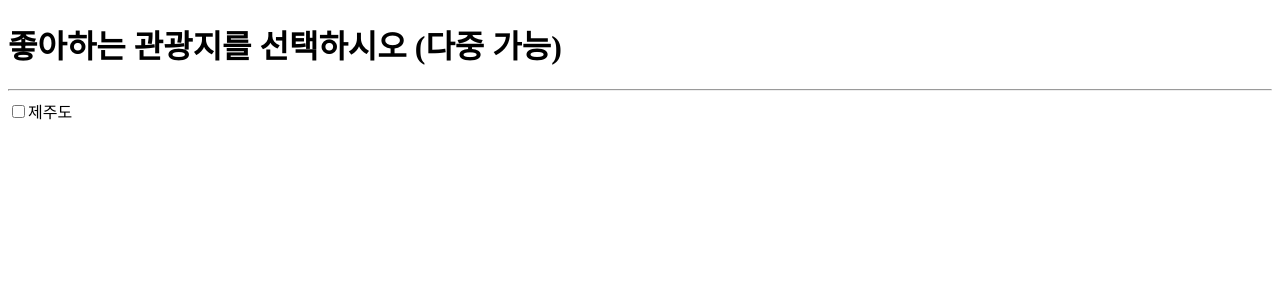
Repository: minimelody/servlet
Page: webworkspace2/web1/WebContent/views/ex1/check.html
These files come from the project's save history. The page is drawn as it stood at one moment and after the next save; the edit follows.
The browser window is 1280 px wide. The pictures show the whole page.

Above is the page before, as saved 2018-05-17 08:06:10.

### webworkspace2/web1/WebContent/views/ex1/check.html
<!DOCTYPE html>
<html>
<head>
<meta charset="UTF-8">
<title>Insert title here</title>
</head>
<body>
	<h1>좋아하는 관광지를 선택하시오 (다중 가능)</h1>
	<hr>
	<form action="/web1/check" method="get">
		<input type="checkbox" value="제주도">제주도
	</form>
</body>
</html>

After the next save:
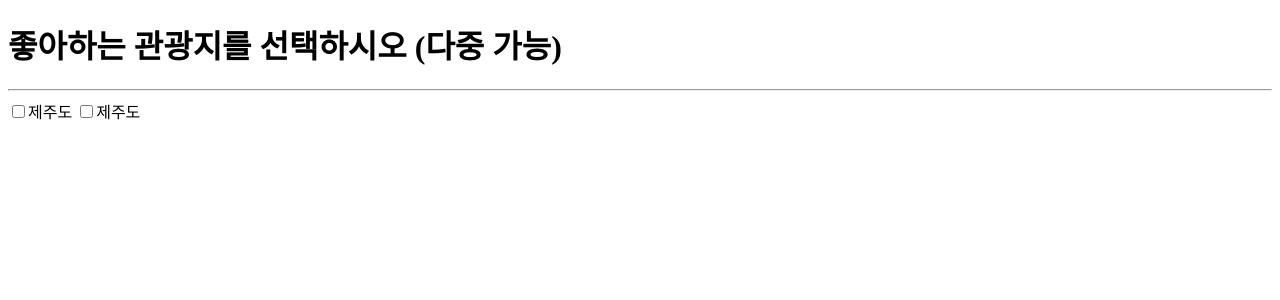
Saved 20 s later.
--- a/webworkspace2/web1/WebContent/views/ex1/check.html
+++ b/webworkspace2/web1/WebContent/views/ex1/check.html
@@ -9,6 +9,7 @@
 	<hr>
 	<form action="/web1/check" method="get">
 		<input type="checkbox" value="제주도">제주도
+		<input type="checkbox" value="경복궁">제주도
 	</form>
 </body>
 </html>
